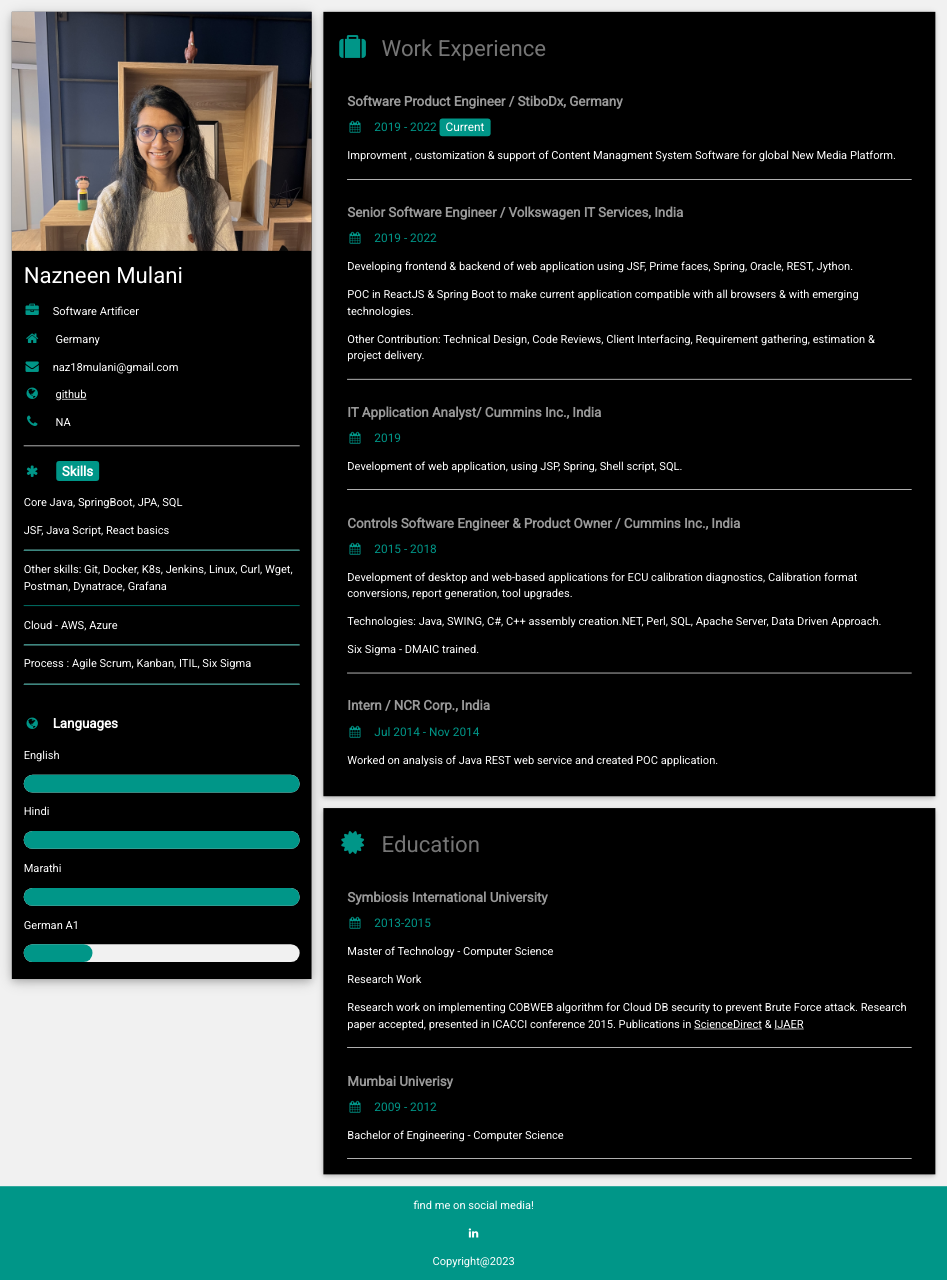
Repository: nazneenprojects/nazneen.github.io
Page: index.html
The author's editor kept a copy of each file at every save. The page is drawn from the files as they stood at one save, then again after the next save.
The browser window is 1280 px wide. The pictures show the whole page, at 74% of full size.

Above is the page before, as saved 2023-07-09 11:45:20.

After the next save:
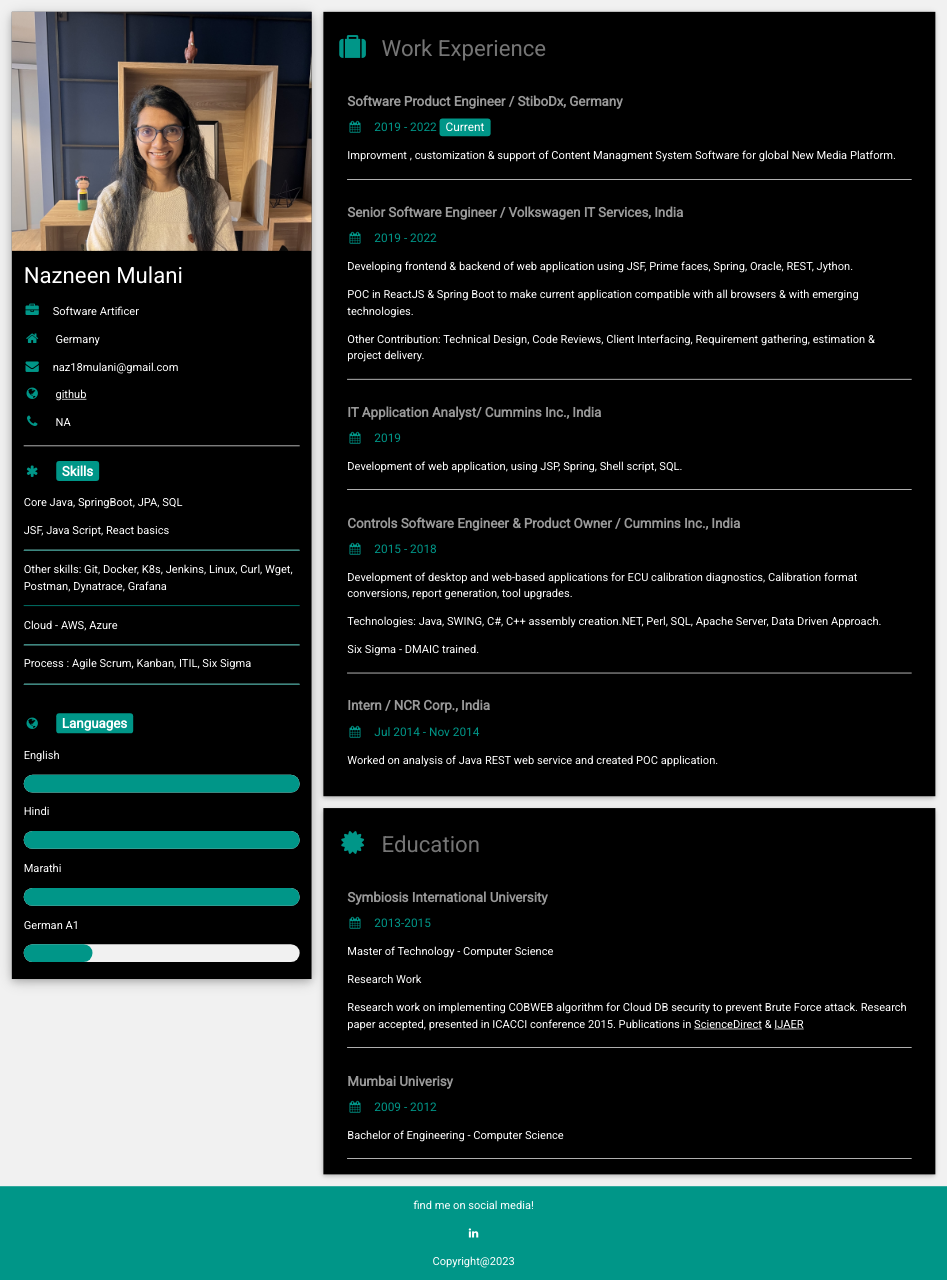
Saved 53 s later.
--- a/index.html
+++ b/index.html
@@ -62,7 +62,7 @@
           </div>
           <br>
 
-          <p class="w3-large w3-text-theme"><b><i class="fa fa-globe fa-fw w3-margin-right w3-text-teal"></i>Languages</b></p>
+          <p class="w3-large w3-text-theme"><b><i class="fa fa-globe fa-fw w3-margin-right w3-text-teal"></i> <span class="w3-tag w3-teal w3-round">Languages</span></b></p>
           <p>English</p>
           <div class="w3-light-grey w3-round-xlarge">
             <div class="w3-round-xlarge w3-teal" style="height:24px;width:100%"></div>
